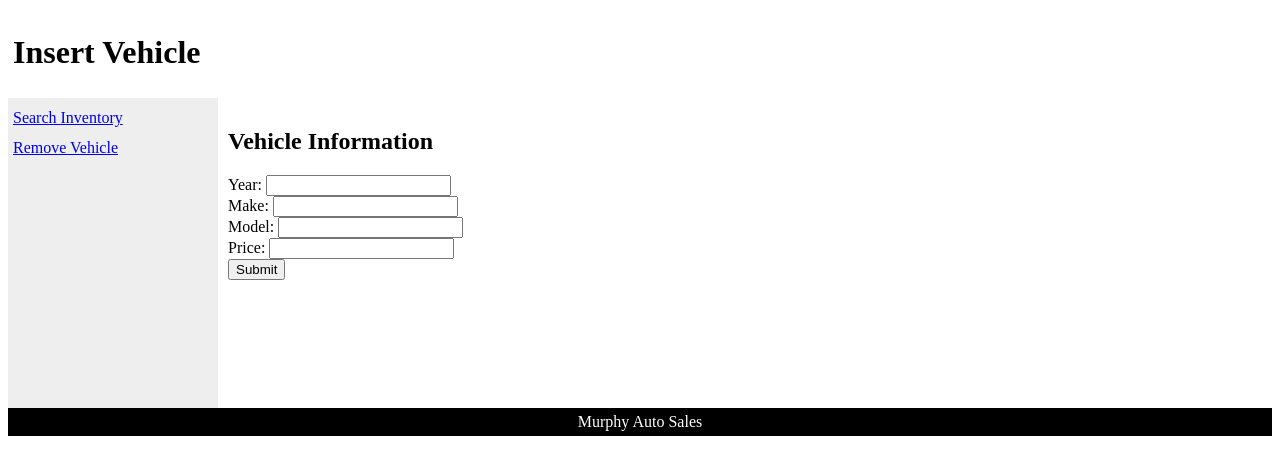
Repository: CamdenMurphy/workspace4830-intro-to-software-engineering
Page: techExercise/techExercise-Murphy/src/main/webapp/insert_murphy.html
The author's editor kept a copy of each file at every save. The page is drawn from the files as they stood at one save, then again after the next save.
The browser window is 1280 px wide. The pictures show the whole page.

Above is the page before, as saved 2023-10-12 06:33:58.

### techExercise/techExercise-Murphy/src/main/webapp/insert_murphy.html
<html>
<head>
<style>
header {
    padding:5px;
}
nav {
    line-height:30px;
    background-color:#eeeeee;
    height:300px;
    width:200px;
    float:left;
    padding:5px;
}
section {
    width:350px;
    float:left;
    padding:10px;
}
footer {
    background-color:black;
    color:white;
    clear:both;
    text-align:center;
    padding:5px;
}
</style>
</head>

<body>
<header>
<h1> Insert Vehicle </h1>
</header>

<nav>
<a href="/techExercise-Murphy/search_murphy.html">Search Inventory</a> <br>
<a href="/techExercise-Murphy/delete_murphy.html">Remove Vehicle</a> <br>
</nav>

<section>
	<h1>Vehicle Information</h1>

	<form action="InsertMurphy" method="POST">

		Year: <input type="text" name="year"> <br />
		Make: <input type="text" name="make"> <br />
		Model: <input type="text" name="model"> <br />
		Price: <input type="text" name="price"> <br />

		<input type="submit" value="Submit" />
	</form>

</section>

<footer>
	Murphy Auto Sales
</footer>
</body>
</html>

After the next save:
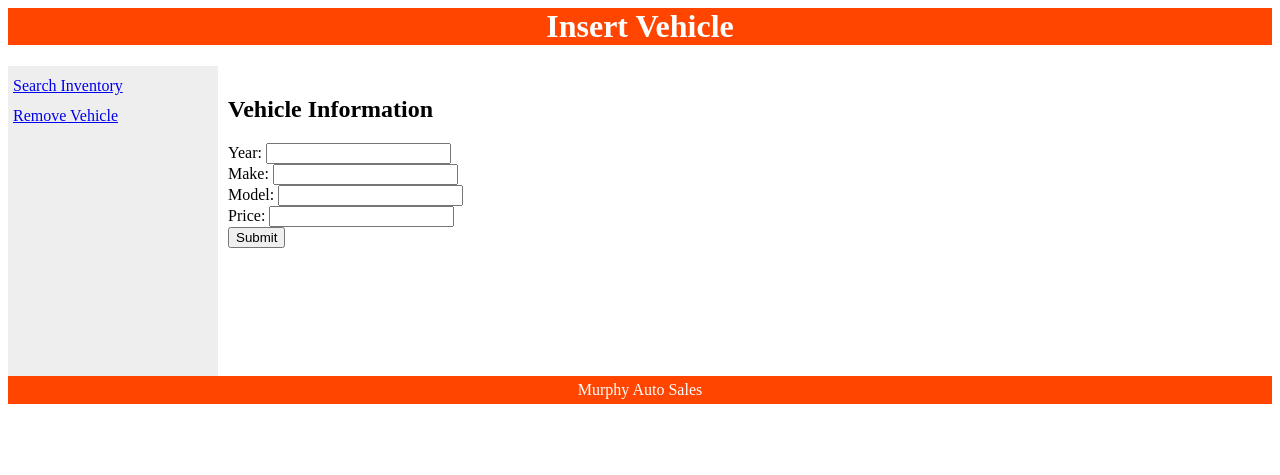
Saved 30 s later.
--- a/techExercise/techExercise-Murphy/src/main/webapp/insert_murphy.html
+++ b/techExercise/techExercise-Murphy/src/main/webapp/insert_murphy.html
@@ -2,7 +2,7 @@
 <head>
 <style>
 header {
-    padding:5px;
+	text-align: center;
 }
 nav {
     line-height:30px;
@@ -12,17 +12,24 @@ nav {
     float:left;
     padding:5px;
 }
+img {
+	display: inline-block;
+}
 section {
-    width:350px;
+    width:500px;
     float:left;
     padding:10px;
 }
 footer {
-    background-color:black;
-    color:white;
+    background-color:orangered;
+    color:White;
     clear:both;
     text-align:center;
     padding:5px;
+}
+header h1 {
+	background-color: orangered;
+	color: white;
 }
 </style>
 </head>
